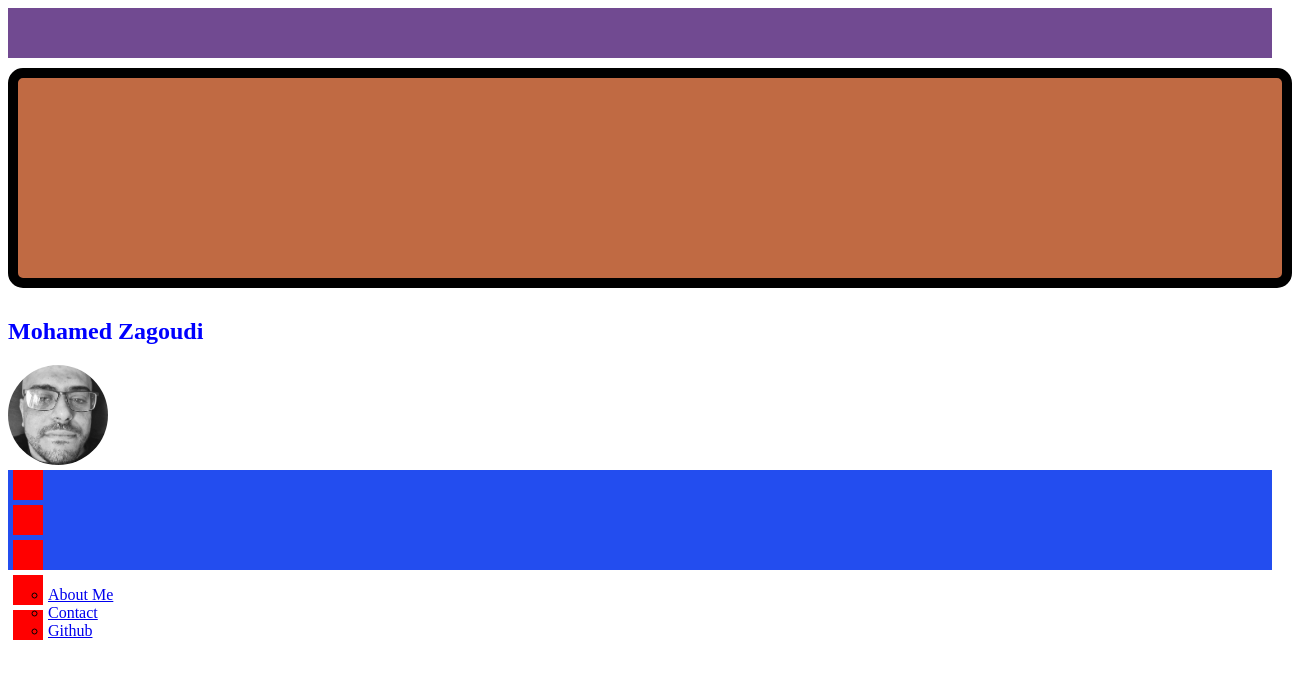
Repository: Mohzagou/Eersteportofolio
Page: index.html
These files come from the project's save history. The page is drawn as it stood at one moment and after the next save; the edit follows.
The browser window is 1280 px wide. The page is 1292 px wide, so the pictures cover 1292 px, including what lies to the right of the window. The pictures show the whole page.

Above is the page before, as saved 2022-06-07 19:56:30.

After the next save:
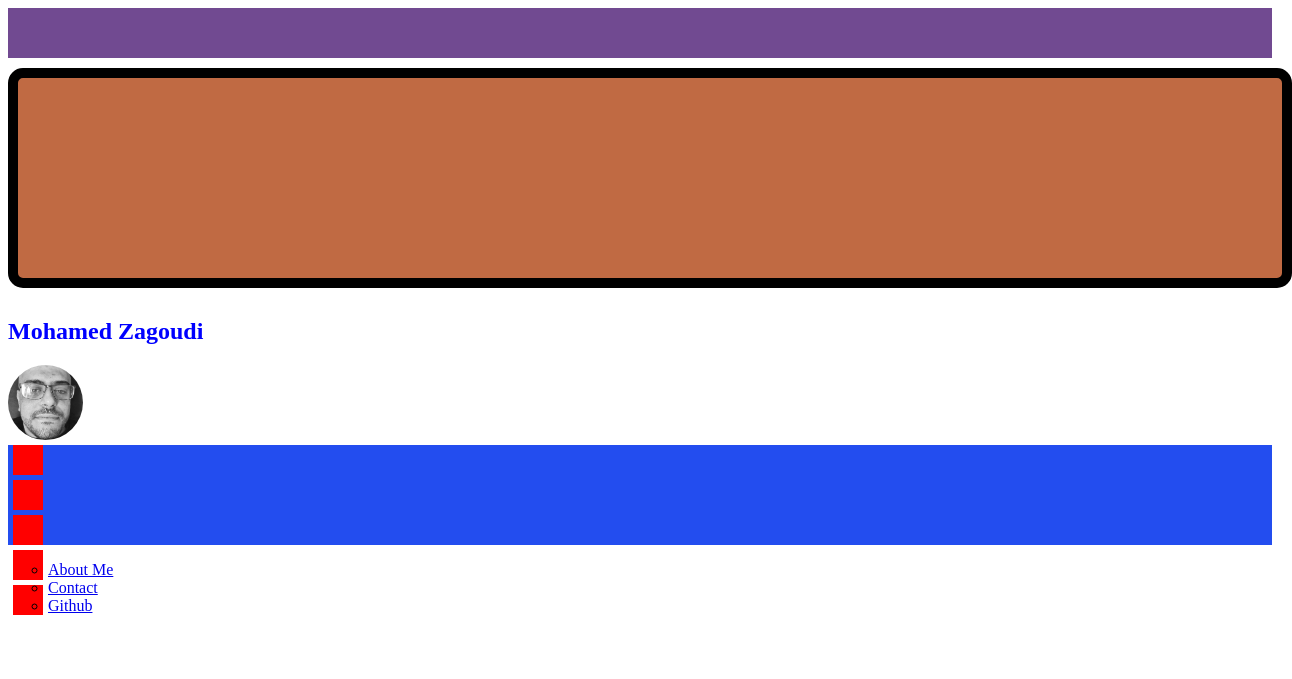
Saved 22 s later.
--- a/styles.css
+++ b/styles.css
@@ -25,7 +25,7 @@ section {
 }
 
 .avatar {
-    width: 100px;
+    width: 75px;
     border-radius: 50px;
 }
 

After the save that followed:
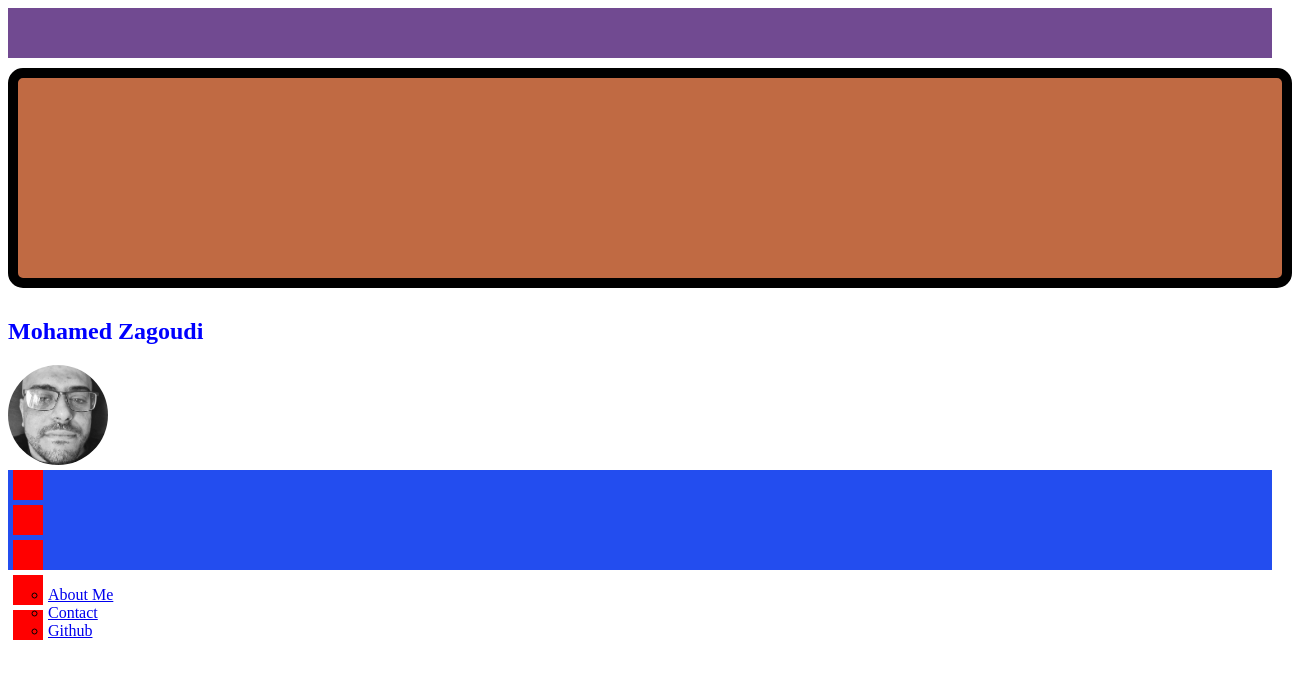
Saved 7 s later.
--- a/styles.css
+++ b/styles.css
@@ -25,7 +25,7 @@ section {
 }
 
 .avatar {
-    width: 75px;
+    width: 100px;
     border-radius: 50px;
 }
 
